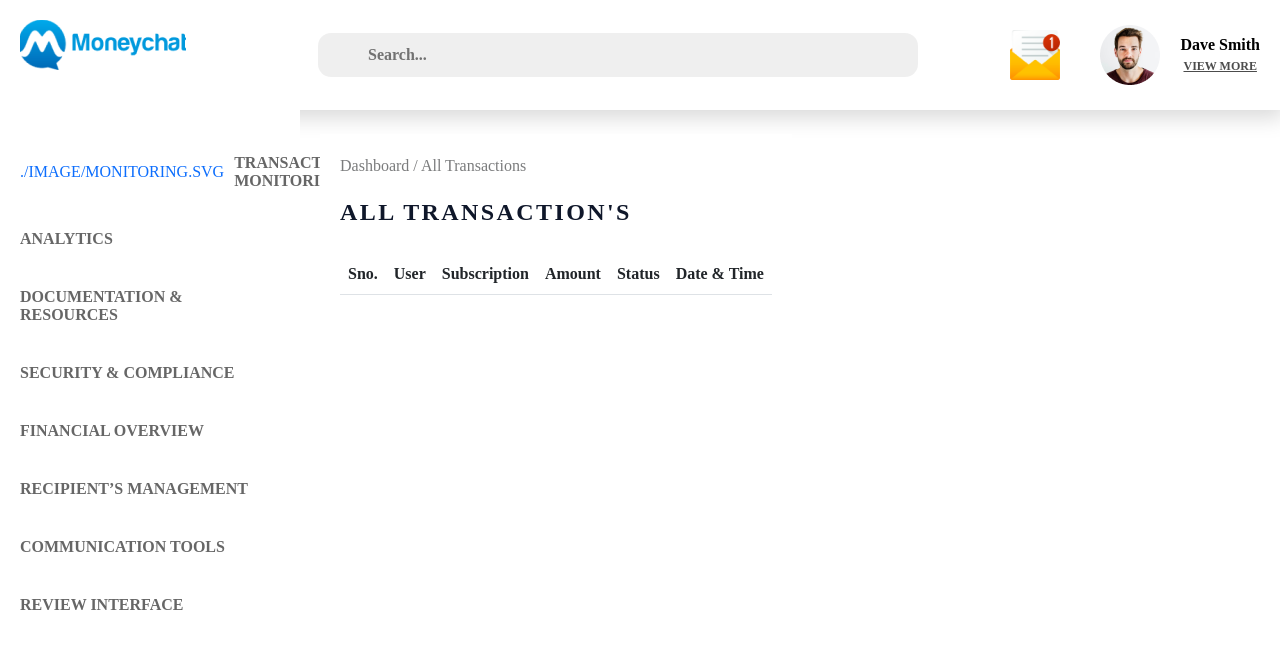
Repository: FlyweisReact/Money-Chat
Page: /transaction
These files come from the project's save history. The page is drawn as it stood at one moment and after a run of saves; the edit follows.
The browser window is 1280 px wide. The pictures show the whole page.
The project was rebuilt for these pictures with package versions that can differ from the ones it lists, and the page was loaded fresh each time. Also part of the build but not shown: src/forms/ForgetPassword.js, src/forms/Login.jsx, src/forms/NeedHelp.js, src/forms/Regestration.js, src/forms/Verify.js. Imported but missing from the stored project, and not drawn on this page: src/pages/Component/SpinnerComp.

Above is the page before, as saved 2023-11-30 15:08:03.

### src/index.js
import React from "react";
import ReactDOM from "react-dom/client";
import "./index.css";
import App from "./App";
import { BrowserRouter } from "react-router-dom";
import 'bootstrap/dist/css/bootstrap.min.css'
// Commit Changes
const root = ReactDOM.createRoot(document.getElementById("root"));
root.render(
  <React.StrictMode>
    <BrowserRouter>
      <App />
    </BrowserRouter>
  </React.StrictMode>
);

### src/CSS/style.css
/** @format */

.Login_screen {
  background: linear-gradient(
      0deg,
      rgba(238, 238, 238, 0.2) 0%,
      rgba(238, 238, 238, 0.2) 100%
    ),
    #fff;
  display: flex;
  flex-direction: column;
  justify-content: center;
  align-items: center;
  width: 100%;
  height: 100vh;
}
.Login_screen .Login_Container {
  max-width: 667px;
  max-height: 785px;
  width: 100%;
  height: 100%;
  border-radius: 13px;
  background: #fff;
  box-shadow: 0px 10px 30px 3px rgba(0, 0, 0, 0.15);
  padding: 20px;
  padding-bottom: 50px;
}
.Login_screen .Login_Container .logo {
  display: block;
  margin: auto;
  width: 166px;
  margin-top: 40px;
}
.Login_screen .Login_Container .description {
  margin-top: 40px;
}
.Login_screen .Login_Container .description h6 {
  color: #000;
  text-align: center;
  font-size: 32px;
  font-style: normal;
  font-weight: 700;
  line-height: normal;
}

.Login_screen .Login_Container .description p {
  color: rgba(0, 0, 0, 0.7);
  text-align: center;
  font-size: 20px;
  font-style: normal;
  font-weight: 400;
  line-height: normal;
}

.Login_Container .input_container {
  margin-bottom: 50px;
}
.Login_Container .input_container.special {
  max-height: 300px;
  padding-bottom: 50px;
  overflow-y: scroll;
}
.Login_Container .input_group {
  display: flex;
  gap: 10px;
  align-items: center;
  border-radius: 13px;
  background: rgba(238, 238, 238, 0.2);
  box-shadow: 0px 6px 20px 2px rgba(0, 0, 0, 0.15);
  padding: 15px;
  width: 80%;
  margin: auto;
}
.Login_Container .input_group img {
  width: 20px;
}
.Login_Container .input_group input {
  outline: none;
  border: none;
  color: #0070bc;
  font-size: 16px;
  font-style: normal;
  font-weight: 500;
  line-height: normal;
  font-weight: 600;
  width: 80%;
}
.Login_Container .input_group input.without_color {
  color: rgba(0, 0, 0, 0.7);
}
.Login_Container .input_group input.without_color::placeholder {
  color: rgba(0, 0, 0, 0.7);
}
.Login_Container .input_group input::placeholder {
  color: #0070bc;
  font-weight: 600;
}

.Login_Container .login_btn {
  max-width: 250px;
  width: 100%;
  display: block;
  margin: auto;
  margin-top: 40px;
  color: #fff;
  text-align: center;
  font-size: 18px;
  font-style: normal;
  font-weight: 600;
  line-height: normal;
  border-radius: 10px;
  background: linear-gradient(180deg, #fea82f 0%, #fd575b 100%);
  padding: 15px;
}

.Login_Container .create_new {
  display: flex;
  justify-content: center;
  gap: 20px;
  align-items: center;
  margin-top: 50px;
}

.Login_Container .create_new .item {
  display: flex;
  gap: 10px;
  align-items: center;
  width: 300px;
  justify-content: center;
}
.Login_Container .create_new .item img {
  width: 20px;
}
.Login_Container .create_new .item span {
  color: rgba(0, 0, 0, 0.7);
  text-align: center;
  font-size: 16px;
  font-style: normal;
  font-weight: 600;
  line-height: normal;
}

.Login_Container .create_new .item:first-child {
  border-right: 2px solid #000;
  padding-right: 10px;
}

.Login_Container a {
  text-decoration: none;
}

.Login_Container .button_container {
  display: flex;
  justify-content: space-between;
  align-items: center;
  gap: 20px;
}
.Login_Container .button_container button {
  max-width: 250px;
  width: 100%;
  display: block;
  margin: auto;
  color: #fff;
  text-align: center;
  font-size: 18px;
  font-style: normal;
  font-weight: 600;
  line-height: normal;
  border-radius: 10px;
  background: linear-gradient(180deg, #fea82f 0%, #fd575b 100%);
  padding: 15px;
}

.Login_Container .button_container .cancel {
  max-width: 250px;
  width: 100%;
  display: flex;
  gap: 10px;
  align-items: center;
}
.Login_Container .button_container .cancel a {
  font-size: 18px;
  font-style: normal;
  font-weight: 700;
  line-height: normal;
  text-decoration-line: underline;
  background: linear-gradient(180deg, #fea82f 0%, #fd575b 100%);
  background-clip: text;
  -webkit-background-clip: text;
  -webkit-text-fill-color: transparent;
}
.Login_Container .button_container .cancel img {
  width: 30px;
}

.Login_Container .progress_bar {
  border-radius: 10px;
  background: rgba(196, 196, 196, 0.4);
  width: 100%;
  height: 16px;
  margin-top: 40px;
}

.Login_Container .progress_bar .colored {
  width: 33%;
  border-radius: 10px;
  background: linear-gradient(90deg, #fea82f 0%, #fd575b 100%);
  height: 100%;
}
.Login_Container .progress_bar .second_stage {
  width: 80%;
  border-radius: 10px;
  background: linear-gradient(90deg, #fea82f 0%, #fd575b 100%);
  height: 100%;
}

.Login_Container .input_container .heading {
  color: #0070bc;
  font-size: 20px;
  font-style: normal;
  font-weight: 700;
  line-height: normal;
  padding: 20px;
  padding-bottom: 0;
  margin-top: 20px;
}

.Login_Container .whole_button_container {
  border-radius: 13px;
  background: rgba(238, 238, 238, 0.2);
  box-shadow: 0px 6px 20px 2px rgba(0, 0, 0, 0.15);
  width: 90%;
  margin: auto;
  display: flex;
  align-items: center;
  justify-content: space-between;
  padding-left: 20px;
  padding-right: 20px;
  padding: 10px;
  margin-top: 10px;
}

.Login_Container .whole_button_container p {
  margin: 0;
  color: rgba(0, 0, 0, 0.7);
  font-size: 16px;
  font-style: normal;
  font-weight: 600;
  line-height: normal;
}

.Login_Container .whole_button_container button {
  border-radius: 13px;
  background: rgba(0, 170, 234, 0.5);
  width: 200px;
  padding: 10px;
  color: #fff;
  text-align: center;
  font-size: 16px;
  font-style: normal;
  font-weight: 600;
  line-height: normal;
  display: flex;
  justify-content: center;
  align-items: center;
  gap: 20px;
}

.Login_Container .whole_button_container button.img {
  width: 20px;
}

.verify {
  background: #f0f6f5;
  width: 100%;
  height: 100vh;
}
.verify img {
  width: 800px;
  display: block;
  margin: auto;
}
.verify .colored {
  color: rgba(0, 0, 0, 0.7);
  text-align: center;
  font-size: 32px;
  font-style: normal;
  font-weight: 500;
  line-height: normal;
}
.verify p {
  color: rgba(0, 0, 0, 0.6);
  text-align: center;
  font-size: 24px;
  font-style: normal;
  font-weight: 400;
  line-height: normal;
}

.Login_Container .Drop_Links {
  padding: 20px;
}

.Login_Container .Drop_Links div {
  border-bottom: 1px solid rgba(0, 0, 0, 0.6);
  padding: 20px;
  display: flex;
  justify-content: space-between;
  align-items: center;
  cursor: pointer;
  margin-top: 20px;
}
.Login_Container .Drop_Links div span {
  color: rgba(0, 0, 0, 0.6);
  font-size: 16px;
  font-style: normal;
  font-weight: 600;
  line-height: normal;
}
.Login_Container .Drop_Links div i {
  font-size: 18px;
  color: #fea82f;
}

/* Navbar */
.Navbar {
  background: #fff;
  box-shadow: 0px 4px 20px 4px rgba(0, 0, 0, 0.15);
  display: flex;
  justify-content: space-between;
  align-items: center;
  gap: 20px;
  padding: 20px;
  width: 100%;
}
.Navbar .logo {
  width: 206px;
}

.Navbar .search_bar {
  border-radius: 13px;
  background: rgba(238, 238, 238, 0.93);
  max-width: 600px;
  width: 100%;
  padding: 10px;
  display: flex;
  gap: 20px;
  align-items: center;
  padding-left: 30px;
}

.Navbar .search_bar input {
  background-color: transparent;
  outline: none;
  width: 90%;
  font-size: 16px;
  font-weight: 600;
}

.Navbar .search_bar input::placeholder {
  color: rgba(30, 30, 30, 0.6);
  font-weight: 600;
}

.Navbar .side_div {
  display: flex;
  align-items: center;
  gap: 20px;
  justify-content: space-between;
  max-width: 250px;
  width: 100%;
}

.Navbar .side_div .notify {
  max-width: 50px;
  width: 100%;
}
.Navbar .side_div .content {
  display: flex;
  align-items: center;
  gap: 20px;
}
.Navbar .side_div .content div {
  display: flex;
  flex-direction: column;
  gap: 5px;
  justify-content: center;
  align-items: center;
}
.Navbar .side_div .content div p {
  margin: 0;
  color: #000;
  font-size: 16px;
  font-style: normal;
  font-weight: 600;
  line-height: normal;
}

.Navbar .side_div .content div a {
  color: rgba(0, 0, 0, 0.7);
  font-size: 12px;
  font-style: normal;
  font-weight: 600;
  text-decoration: underline;
  line-height: normal;
}

/* ---- */
.component_style {
  display: flex;
  gap: 20px;
}
.sidebar {
  background-color: #fff;
  width: 300px;
}

.sidebar ul {
  display: flex;
  gap: 40px;
  flex-direction: column;
  padding: 20px;
}
.sidebar ul li {
  display: flex;
  align-items: center;
  gap: 10px;
}
.sidebar ul li span.link {
  color: rgba(0, 0, 0, 0.6);
  font-size: 16px;
  font-style: normal;
  font-weight: 600;
  line-height: normal;
}

.sidebar ul li img {
  width: 20px;
}

### src/layout/HOC.jsx
/** @format */

import React, { useState } from "react";
import Navbar from "./Navbar";
import Sidebar from "./Sidebar";

const HOC = (Wcomponenet) => {
  return function Component() {
    const [hamb, setHamb] = useState(false);
    return (
      <>
        <div style={{ backgroundColor: "#f2f3f8" }}>
          <Navbar hamb={hamb} setHamb={setHamb} />
        </div>

        <section className="component_style">
          <Sidebar hamb={hamb} setHamb={setHamb} />
          <div
            className="my-6 text-#000 h-[87%] wcomp"
            style={{ overflowY: "auto" }}
          >
            {" "}
            <Wcomponenet />
          </div>
        </section>
      </>
    );
  };
};

export default HOC;

### src/layout/Navbar.jsx
/** @format */
import logo from "../Images/logo.png";

const Navbar = () => {
  return (
    <>
      <div className="Navbar">
        <div className="logo">
          <img src={logo} alt="" />
        </div>

        <div className="search_bar">
          <i className="fa-solid fa-magnifying-glass"></i>
          <input type="search" placeholder="Search..." />
        </div>

        <div className="side_div">
          <img src="./Image/13.png" alt="" className="notify" />

          <div className="content">
            <img src="./Image/12.png" alt="" />
            <div>
              <p className="head">Dave Smith</p>
              <a>VIEW MORE </a>
            </div>
          </div>

        </div>


      </div>
    </>
  );
};

export default Navbar;

### src/layout/Sidebar.jsx
/** @format */

import React from "react";
import { Link, useLocation, useNavigate } from "react-router-dom";
import { toast } from "react-toastify";

const Sidebar = () => {
  const navigate = useNavigate();
  const location = useLocation();

  console.log(location.pathname);

  const nav = [
    {
      img: "./Image/14.svg",
      link: "/dashboard ",
      name: "Transaction Monitoring",
      activeImg: "./Image/Monitoring.svg",
    },
    {
      link: "/Product",
      name: "Analytics ",
    },

    {
      link: "/service",
      name: "Documentation & Resources",
    },
    {
      link: "/gallery",
      name: "Security & Compliance",
    },
    {
      link: "/getblog",
      name: "Financial Overview",
    },
    {
      link: "/privacy-policy",
      name: "Recipient’s Management",
    },
    {
      link: "/terms",
      name: "Communication Tools",
    },
    {
      link: "/brand",
      name: "Review Interface",
    },
  ];

  const logOut = () => {
    localStorage.clear();
    navigate("/");
    toast.success("Logged Out");
  };

  function ImgFinder(i) {
    if (i.link === location.pathname) {
      return i.img;
    } else {
      return i.activeImg;
    }
  }

  return (
    <>
      <aside className="sidebar">
        <nav className="py-6">
          <ul>
            {nav.map((nav) => {
              return (
                <Link
                  to={nav.link}
                  key={nav.name}
                  className=""
                  style={{ textDecoration: "none", textTransform: "uppercase" }}
                >
                  <li>
                    {ImgFinder(nav)}
                    <span className="link"> {nav.name}</span>
                  </li>
                </Link>
              );
            })}
          </ul>

          <span
            className="flex my-3 items-center cursor-pointer text-gray-900    tracking-wider p-2 rounded-sm"
            onClick={() => logOut()}
            style={{ color: "#FFF", textTransform: "uppercase" }}
          ></span>
        </nav>
      </aside>
    </>
  );
};

export default Sidebar;

Loaded but not shown: tailwind.config.js (common file); src/App.js (46 lines, source omitted); src/pages/Transaction/Transaction.js (42 lines, source omitted); src/index.css (923 lines, source omitted)

After the next 4 saves:
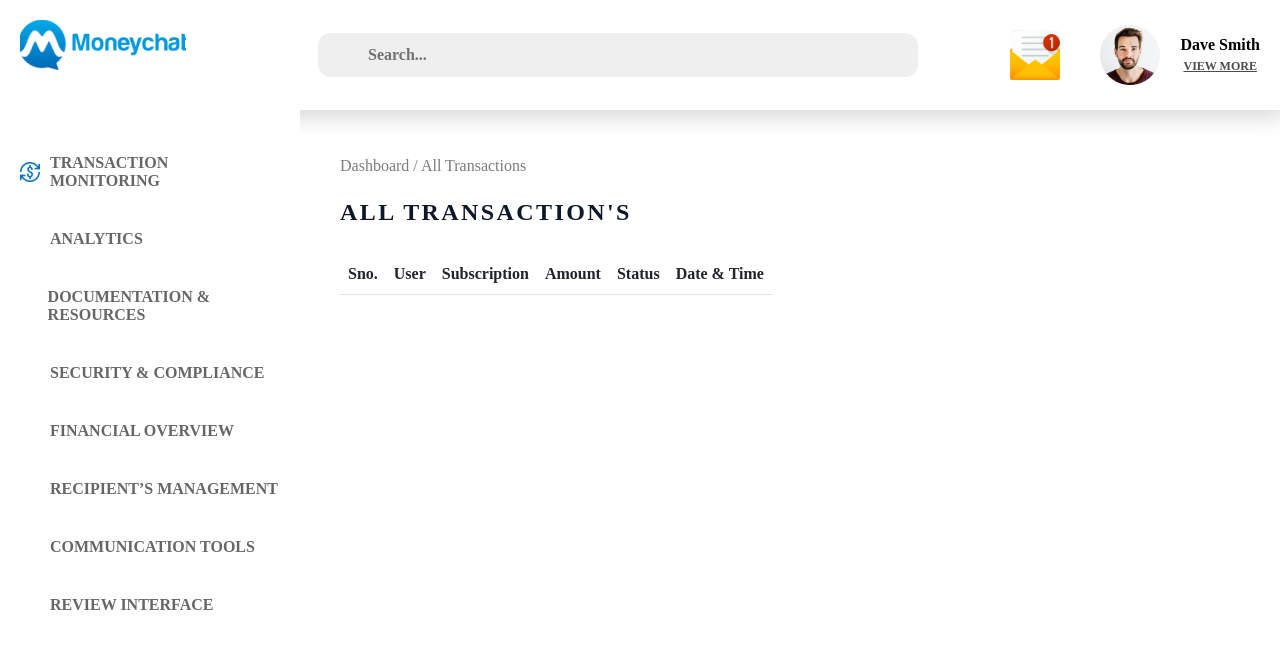
The 4 saves are shown as one change because 1 did not build or start and some came seconds apart.
The last was saved 24 s later.
--- a/src/layout/Sidebar.jsx
+++ b/src/layout/Sidebar.jsx
@@ -76,7 +76,8 @@ const Sidebar = () => {
                   style={{ textDecoration: "none", textTransform: "uppercase" }}
                 >
                   <li>
-                    {ImgFinder(nav)}
+                    <img src={ImgFinder(nav)} alt="" />
+
                     <span className="link"> {nav.name}</span>
                   </li>
                 </Link>
